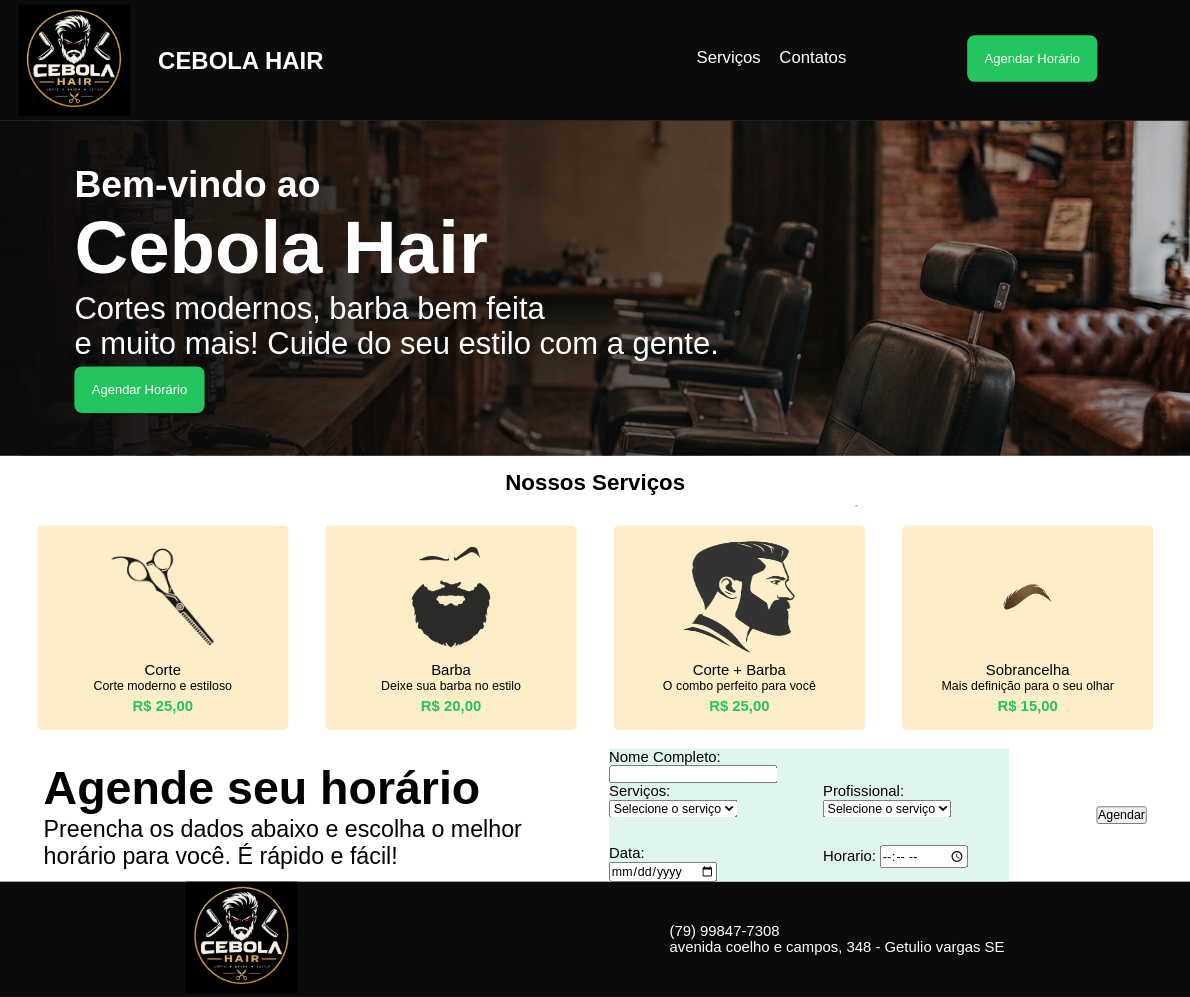
Repository: antonymsantana-design/final.activitie1
Page: index.html
These files come from the project's save history. The page is drawn as it stood at one moment and after a run of saves; the edit follows.
The browser window is 1280 px wide. The pictures show the whole page, at 93% of full size.

Above is the page before, as saved 2026-09-15 19:36:11.

### index.html
<!doctype html>
<html lang="pt-br">
  <head>
    <meta charset="UTF-8" />
    <meta name="viewport" content="width=device-width, initial-scale=1.0" />
    <title>Cebola Hair</title>
    <link rel="stylesheet" href="style.css" />
    <script src="../final.activitie1/script.js" defer></script>
  </head>
  <header>
    <div class="conteudoH" id="conteudoH">
      <div class="imagem" id="imagem">
        <img
          src="image/ChatGPT Image 15 de set. de 2026, 09_00_55.png"
          alt="logo"
          class="logoIMG"
          id="logoIMG"
        />
        <h3 class="logoH">CEBOLA HAIR</h3>
      </div>
      <div class="direitaH">
        <div class="links" id="links">
          <a href="#" class="aLinks">Serviços</a>
          <a href="#" class="aLinks">Contatos</a>
        </div>
        <div class="btnDiv" id="btnDiv">
          <button class="btn" id="btn">
            <div class="btnTxt" id="btnTxt">
              <p>Agendar Horário</p>
            </div>
          </button>
        </div>
      </div>
    </div>
  </header>

  <body>
    <div class="conteudo">
      <div class="texto">
        <h4>Bem-vindo ao</h4>
        <h1>Cebola Hair</h1>
        <small
          >Cortes modernos, barba bem feita <br />
          e muito mais! Cuide do seu estilo com a gente.</small
        >
        <button class="btn" id="btn">
          <div class="btnTxt" id="btnTxt">
            <p>Agendar Horário</p>
          </div>
        </button>
      </div>
    </div>

    <h2 class="Our">Nossos Serviços</h2>
    <hr />

    <div class="cards">
      <div class="card">
        <img src="image/corte.webp" alt="tisora" class="icone" />
        <p>Corte</p>
        <small>Corte moderno e estiloso</small>
        <h4>R$ 25,00</h4>
      </div>
      <div class="card">
        <img src="image/barba(png).png" alt="tisora" class="icone" />
        <p>Barba</p>
        <small>Deixe sua barba no estilo</small>
        <h4>R$ 20,00</h4>
      </div>
      <div class="card">
        <img src="image/barba+corte(png).png" alt="tisora" class="icone" />
        <p>Corte + Barba</p>
        <small>O combo perfeito para você</small>
        <h4>R$ 25,00</h4>
      </div>
      <div class="card">
        <img
          src="image/Design sem nome.png"
          alt="tisora"
          class="icone"
        />
        <p>Sobrancelha</p>
        <small>Mais definição para o seu olhar</small>
        <h4>R$ 15,00</h4>
      </div>
    </div>

    <div class="agendar" id="agendar">
      <div class="esq">
        <h1>Agende seu horário</h1>
        <p>
          Preencha os dados abaixo e escolha o melhor <br />
          horário para você. É rápido e fácil!
        </p>
      </div>

      <div class="form">
        <label for="nome">Nome Completo:</label><br />
        <input type="text" name="nome" id="nome" /><br />


         <div class="quadrado">
        <div class="1">
          <label for="serv">Serviços:</label>
          <select name="serv" id="serv">
            <option value="">Selecione o serviço</option>
            <option value="corte">Corte</option>
            <option value="barba">Barba</option>
            <option value="cort+barba">Corte + Barba</option>
            <option value="sobrancelha">Sobrancelha</option>
          </select>
          </div>

          <div class="2">
            <label for="prof">Profissional:</label>
            <select name="prof" id="prof">
              <option value="">Selecione o serviço</option>
              <option value="cebola">Cebola</option>
            </select>
            </div>
            <div class="3">
              <label for="data">Data:</label> <br>
              <input type="date" name="data" id="data" />
            </div>
            <div class="4">
              <label for="hora">Horario:</label>
              <input type="time" name="hora" id="hora" />
            </div>
          </div>
          </div>


        <button type="button">Agendar</button>
      </div>
    </div>
  </body>
  <footer>
    <div class="direita">
      <img
        src="image/ChatGPT Image 15 de set. de 2026, 09_00_55.png"
        alt="logo"
        class="logoIMG"
        id="logoIMG"
      />
    </div>

    <div class="esquerda">
      <p>(79) 99847-7308</p>
      <p>avenida coelho e campos, 348 - Getulio vargas SE</p>
    </div>
  </footer>
</html>

### style.css
* {
    padding: 0px;
    margin: 0px;
    font-family: Arial, Helvetica, sans-serif;
}

header {
    background-color: #0B0B0B;
    height: 130px;
}

small {
    padding-bottom: 5px;
}

.conteudoH {
    display: flex;
    justify-content: space-between;
    padding-right: 100px;
    align-items: center;
}

.imagem {
    margin-left: 20px;
    margin-top: 5px;
    display: flex;
    justify-content: center;
    align-items: center;
    gap: 30px;
    font-weight: 600;
    font-size: 22px;
}

.logoIMG {
    width: 120px;
    height: 120px;
    cursor: pointer;
}

.logoH {
    color: white;

}

.links {
    display: flex;
    gap: 20px;
    justify-content: center;
    padding-right: 130px;
    font-size: 18px;
}

.links a {
    text-decoration: none;
    color: white;
    transition: 0.5s ease;
}

.aLinks:hover {
    transform: translateY(-5px);
    box-shadow: 0 4px 10px rgba(0, 0, 0, 0.15);
    background-color: #F0C56A;
    color: #F5F5F5;
    border-radius: 5px;
    width: 120px;
    height: 30px;
    display: flex;
    justify-content: center;
    align-items: center;
}

.btnDiv {
    display: flex;
}

.btn {
    display: flex;
    justify-content: center;
    width: 140px;
    height: 50px;
    background-color: #22C55E;
    border: none;
    color: white;
    align-items: center;
    border-radius: 8px;
    transition: 0.3s ease;
    cursor: pointer;
    font-size: 14px;
}

.btn:hover {
    transform: translateY(-5px);
    box-shadow: 0 8px 15px rgba(0, 0, 0, 0.4);
}

.direitaH {
    display: flex;
    justify-content: center;
    align-items: center;
}

.conteudo {
    background-image: url(image/Gemini_Generated_Image_hbetqjhbetqjhbet.jpg);
    background-repeat: no-repeat;
    background-size: cover;
    background-position: center;
    height: 50vh;
    color: white;
}

.texto {
    padding-left: 80px;
    font-size: 40px;
    display: flex;
    flex-direction: column;
    justify-content: center;
    height: 50vh;
    background: linear-gradient(to right, #0B0B0B, #15151531);

}

.card {
    background-color: #FDEEC7;
    width: 270px;
    height: 220px;
    display: flex;
    flex-direction: column;
    justify-content: center;
    align-items: center;
    border-radius: 5px;
}

.cards {
    display: flex;
    justify-content: center;
    gap: 40px;
    padding-top: 20px;
    padding-bottom: 20px;
}

.card h4 {
    color: #22C55E;
}

.icone {
    width: 120px;
    height: 120px;
    padding-bottom: 10px;
}

.Our {
    padding-top: 15px;
    text-align: center;
    padding-bottom: 10px;
}

hr {
    color: #22C55E;
    text-align: center;
    margin-left: 920px;
    margin-right: 920px;
}

.agendar{
    display: flex;
    justify-content: space-around;
    align-items: center;
}

.form{
    background-color: rgba(201, 238, 227, 0.568);
}
.quadrado{
    display: grid;
    grid-template-columns: repeat(2, 200px);
    gap: 30px;
}

.esq {
    font-size: 25px;
}

footer{
    display: flex;
    justify-content: space-around;
    align-items: center;
    background-color: #0B0B0B;
    color: white;
}

Loaded but not shown: script.js (no copy from this time; the picture is the same without it)

After the next 2 saves:
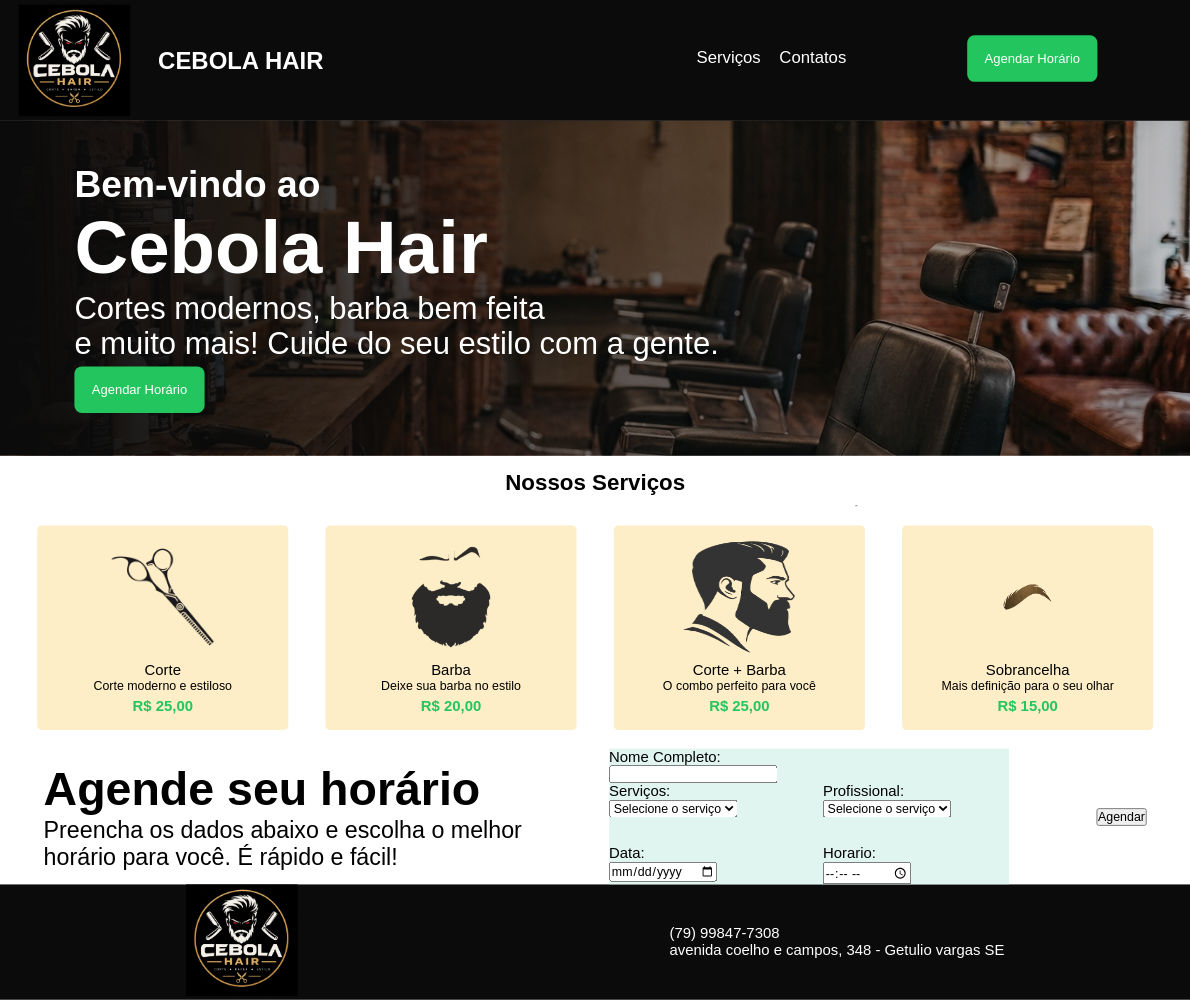
The 2 saves are shown as one change because they came seconds apart.
The last was saved 12 s later.
--- a/index.html
+++ b/index.html
@@ -123,7 +123,7 @@
               <input type="date" name="data" id="data" />
             </div>
             <div class="4">
-              <label for="hora">Horario:</label>
+              <label for="hora">Horario:</label> <br>
               <input type="time" name="hora" id="hora" />
             </div>
           </div>
